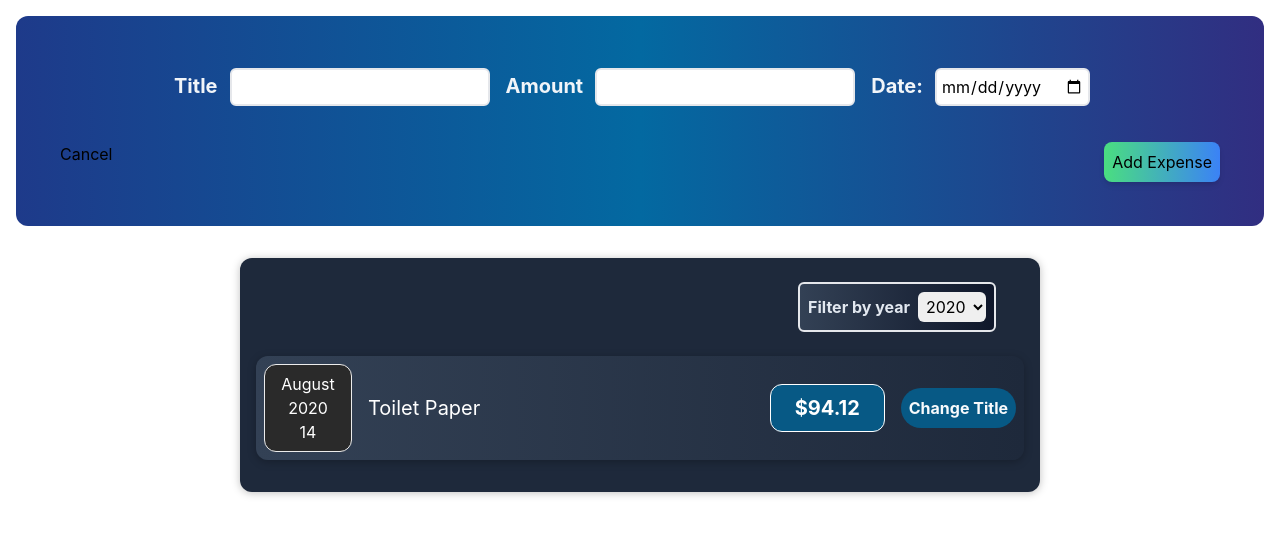
Repository: Sef24/expense-tracker
Page: /, after clicking the first element matching `button`
An editor plug-in stored every save of this project. The page is shown before and after the next save, followed by the edit.
The browser window is 1280 px wide. The pictures show the whole page.
The project was rebuilt for these pictures with package versions that can differ from the ones it lists, and the page was loaded fresh each time. Also part of the build but not shown: src/components/NewExpense/NewExpense.css, src/components/NewExpense/ExpenseForm.css.

Above is the page before, as saved 2022-05-03 16:26:29.

After the next save:
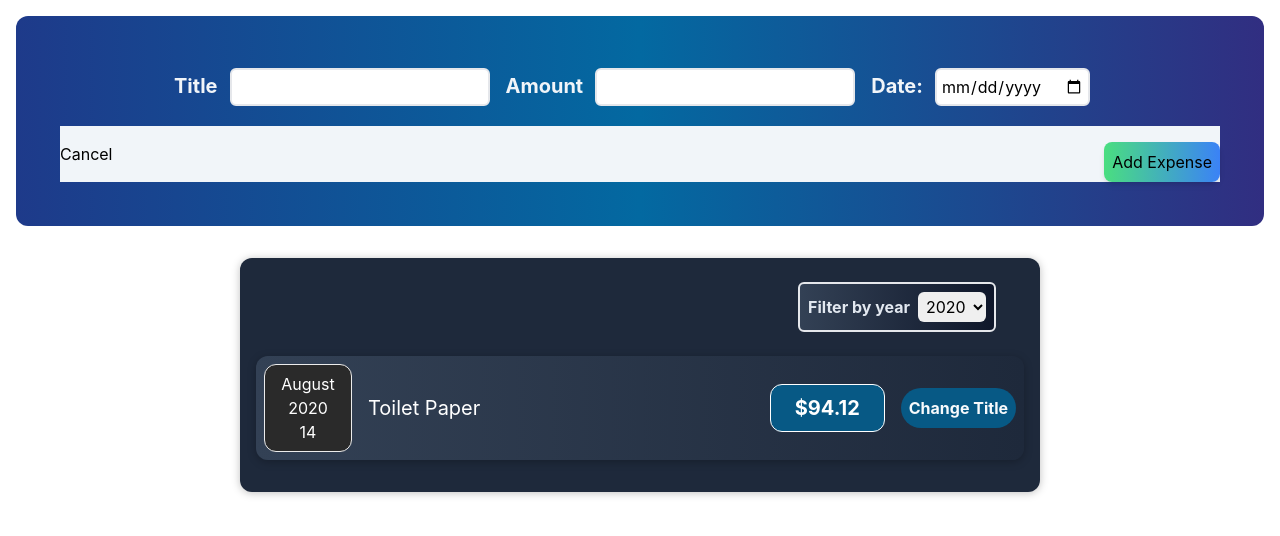
Saved 20 s later.
--- a/src/components/NewExpense/ExpenseForm.js
+++ b/src/components/NewExpense/ExpenseForm.js
@@ -64,7 +64,7 @@ function ExpenseForm(props) {
           value={dateHandler}
         />
       </div>
-      <div className="flex sm:flex-row m-5 justify-between items-center h-auto">
+      <div className="flex sm:flex-row m-5 justify-between items-center h-auto bg-slate-100">
         <button type="button" onClick={props.onCancel}>
           Cancel
         </button>
